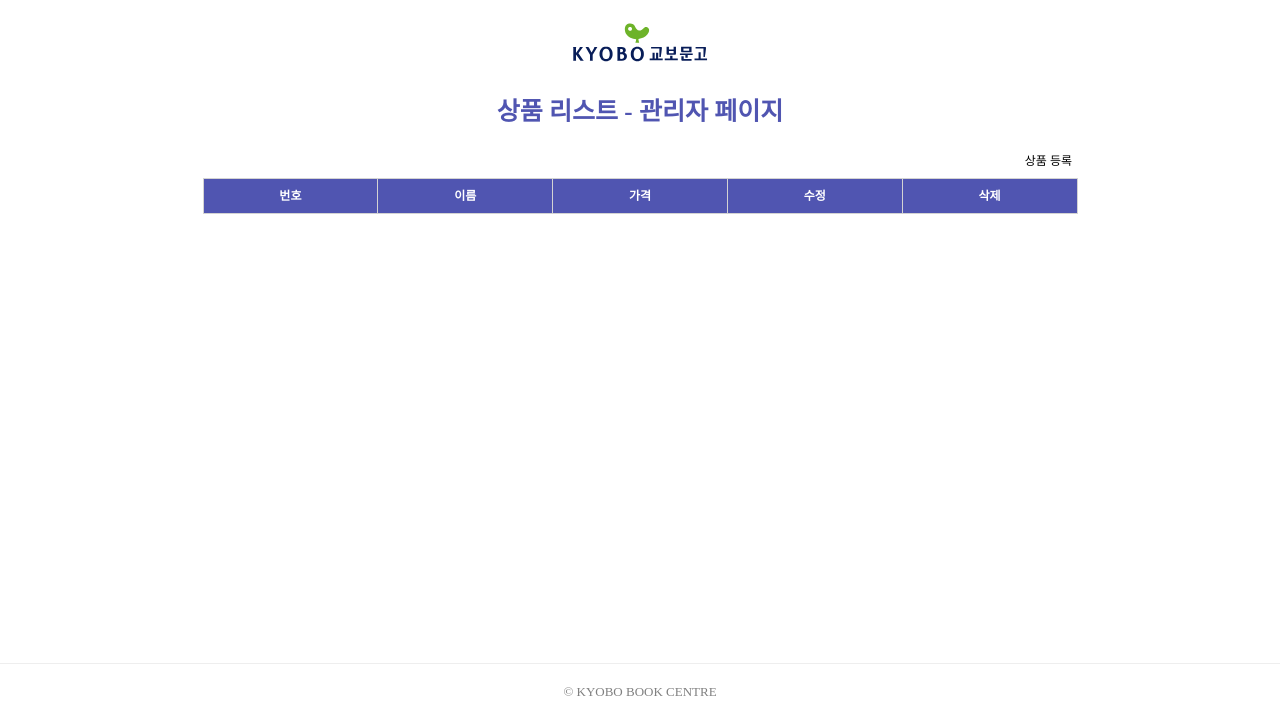
Repository: Yundanbi/Kyobo
Page: http://localhost/kyobo/productList.do
An editor plug-in stored every save of this project. The page is shown before and after the next save, followed by the edit.
The browser window is 1280 px wide. The pictures show the whole page.
The page is served by Tomcat 9. Other server files are loaded and not shown. Queries for data that is not in the repository find no rows.

Above is the page before, as saved 2025-06-18 01:06:00.

### kyobo/src/main/webapp/book/productList.jsp
<%@ page language="java" contentType="text/html; charset=UTF-8"
	pageEncoding="UTF-8"%>
<%@ taglib uri="http://java.sun.com/jsp/jstl/core" prefix="c"%>
<!DOCTYPE html>
<html>
<head>
<meta charset="UTF-8">
<title>책 관리</title>
<style>
html, body {
	height: 100%;
	margin: 0;
}

body {
	display: flex;
	flex-direction: column;
}

#wrap {
	flex: 1;
}

.logo img {
	height: 50px;
	margin-top: 20px;
}

.footer {
	text-align: center;
	padding: 20px 0;
	color: gray;
	font-size: 13px;
	border-top: 1px solid #eee;
}
</style>
<link rel="stylesheet" type="text/css" href="css/shopping.css">
</head>
<body>
	<div id="wrap" align="center">
		<div class="logo">
			<a href="index.jsp"> <img src="img/logo_book.svg" alt="교보문고 로고" /></a>
		</div>
		<h1>상품 리스트 - 관리자 페이지</h1>
		<table class="list">
			<tr>
				<td colspan="5" style="border: white; text-align: right"><a
					href="productWrite.do">상품 등록</a></td>
			</tr>
			<tr>
				<th>번호</th>
				<th>이름</th>
				<th>가격</th>
				<th>수정</th>
				<th>삭제</th>
			</tr>
			<c:forEach var="product" items="${productList}">
				<tr class="record">
					<td>${product.code}</td>
					<td>${product.productName}</td>
					<td>${product.price}원</td>
					<td><a href="productUpdate.do?code=${product.code}">상품 수정</a>
					</td>
					<td><a href="productDelete.do?code=${product.code}">상품 삭제</a>
					</td>
				</tr>
			</c:forEach>
		</table>
	</div>
	<footer class="footer">© KYOBO BOOK CENTRE</footer>
</body>
</html>

### kyobo/src/main/java/com/book/controller/ProductListServlet.java
package com.book.controller;

import java.io.IOException;
import java.util.List;

import javax.servlet.RequestDispatcher;
import javax.servlet.ServletException;
import javax.servlet.annotation.WebServlet;
import javax.servlet.http.HttpServlet;
import javax.servlet.http.HttpServletRequest;
import javax.servlet.http.HttpServletResponse;

import com.book.dao.ProductDAO;
import com.book.dto.ProductVO;


@WebServlet("/productList.do")
public class ProductListServlet extends HttpServlet {
	private static final long serialVersionUID = 1L;




	protected void doGet(HttpServletRequest request, HttpServletResponse response) throws ServletException, IOException {
		ProductDAO pDao = ProductDAO.getInstance();
		List<ProductVO> productList = pDao.selectAllProducts();
		request.setAttribute("productList", productList);
		RequestDispatcher dispatcher = request.getRequestDispatcher("book/productList.jsp");
		dispatcher.forward(request, response);
	}


	protected void doPost(HttpServletRequest request, HttpServletResponse response) throws ServletException, IOException {
		doGet(request, response);
	}

}

### kyobo/src/main/java/com/book/dao/ProductDAO.java
package com.book.dao;

import java.sql.Connection;
import java.sql.PreparedStatement;
import java.sql.ResultSet;
import java.util.ArrayList;
import java.util.List;

import com.book.dto.ProductVO;

import util.DBManager;

public class ProductDAO {
	private ProductDAO() {}

	private static ProductDAO instance = new ProductDAO();

	public static ProductDAO getInstance() {
		return instance;
	}

	public List<ProductVO> selectAllProducts() {

	String sql = "select * from product order by code desc";
	List<ProductVO> list = new ArrayList<ProductVO>();
	Connection conn = null;
	PreparedStatement pstmt = null;
	ResultSet rs = null;
	try {
		conn = DBManager.getConnection();
		pstmt = conn.prepareStatement(sql);
		rs = pstmt.executeQuery();
		while (rs.next()) {
			ProductVO pVo = new ProductVO();
			pVo.setCode(rs.getInt("code"));
			pVo.setProductName(rs.getString("productName"));
			pVo.setPrice(rs.getInt("price"));
			pVo.setPictureUrl(rs.getString("pictureUrl"));
			pVo.setDescription(rs.getString("description"));
			list.add(pVo);
		}
	} catch (Exception e) {
		e.printStackTrace();
	} finally {
		DBManager.close(conn, pstmt, rs);
	}
	return list;
}


	public void insertProduct(ProductVO pVo) {
		String sql = "insert into product (productname, price, pictureurl, description) values(?,?,?,?)";
		Connection conn = null;
		PreparedStatement pstmt = null;
		try {
			conn = DBManager.getConnection();
			pstmt = conn.prepareStatement(sql);
			pstmt.setString(1, pVo.getProductName());
			pstmt.setInt(2, pVo.getPrice());
			pstmt.setString(3, pVo.getPictureUrl());
			pstmt.setString(4, pVo.getDescription());
			pstmt.executeUpdate(); // 실행
		} catch (Exception e) {
			e.printStackTrace();
		} finally {
			DBManager.close(conn, pstmt);
		}
	}

	public ProductVO selectProductByCode (String code) {
		String sql = "select * from product where code = ?";
		ProductVO pVo = null;
		try {
			Connection conn = null;
			PreparedStatement pstmt = null;
			ResultSet rs = null;

			try {

				conn = DBManager.getConnection();
				pstmt = conn.prepareStatement(sql);
				pstmt.setString(1, code);
				rs = pstmt.executeQuery();
				if (rs.next()) {
					pVo = new ProductVO();
					pVo.setCode(rs.getInt("code"));
					pVo.setProductName(rs.getString("productname"));
					pVo.setPrice(rs.getInt("price"));
					pVo.setPictureUrl(rs.getString("pictureurl"));
					pVo.setDescription(rs.getString("description"));
				}
			}catch (Exception e) {
				e.printStackTrace();
			}finally {

				DBManager.close(conn, pstmt, rs);

			}
		}catch (Exception e) {
			e.printStackTrace();
		}
		return pVo;
	}

	public void updateProduct(ProductVO pVo) {
		String sql = "UPDATE product SET productname=?, price=?, pictureurl=?, description=? WHERE code=?";
		Connection conn = null;
		PreparedStatement pstmt = null;
		try {
			conn = DBManager.getConnection();
			pstmt = conn.prepareStatement(sql);
			pstmt.setString(1, pVo.getProductName());
			pstmt.setInt(2, pVo.getPrice());
			pstmt.setString(3, pVo.getPictureUrl());
			pstmt.setString(4, pVo.getDescription());
			pstmt.setInt(5, pVo.getCode());
			pstmt.executeUpdate(); // 쿼리문 실행

		} catch (Exception e) {
			e.printStackTrace();

		} finally {
			DBManager.close(conn, pstmt);
		}
	}

	public void deleteProduct(String code) {
		String sql = "delete from product where code = ?";
		Connection conn = null;
		PreparedStatement pstmt = null;
		try {
			conn = DBManager.getConnection();
			pstmt = conn.prepareStatement(sql);
			pstmt.setString(1, code);
			pstmt.executeUpdate();

		}catch (Exception e) {
			e.printStackTrace();
		}finally {
			DBManager.close(conn,pstmt);
		}

	}



}

### kyobo/src/main/java/util/DBManager.java
package util;

import java.sql.Connection;
import java.sql.ResultSet;
import java.sql.Statement;

import javax.naming.Context;
import javax.naming.InitialContext;
import javax.sql.DataSource;

public class DBManager {
	public static Connection getConnection() {
		   Connection conn = null; // Connection 변수를 메서드 외부에서 선언하고 초기화

		    try {
		        Context initContext = new InitialContext();
		        Context envContext = (Context) initContext.lookup("java:/comp/env");
		        DataSource ds = (DataSource) envContext.lookup("jdbc/estoreDB");
		        conn = ds.getConnection();
		        System.out.println("DBCP 연동 성공");
		        System.out.println("mysql 연결 성공 : " + conn);
		    } catch (Exception e) {
		        e.printStackTrace();
		    }
		    return conn;
		}

	// select을 수행한 후 리소스 해제를 위한 메소드
		public static void close(Connection conn, Statement stmt, ResultSet rs) {
			try {
				rs.close();
				stmt.close();
				conn.close();
			} catch (Exception e) {
				e.printStackTrace();
			}
		}


		// insert, update, delete 작업을 수행한 후 리소스 해제를 위한 메소드
		public static void close(Connection conn, Statement stmt) {
			try {
				stmt.close();
				conn.close();
			} catch (Exception e) {
				e.printStackTrace();
			}
		}
}

### kyobo/src/main/webapp/css/shopping.css
@charset "UTF-8";

 #wrap {
      width: 1250px;
       margin: 0 auto;

      }
	h1 {color: #5055b1; font-size:25px;}
      table {  width: 70% !important; }
      table {width: 80%; border-collapse: collapse; font-size: 12px; line-height: 24px;}
      table td,th {border: #d3d3d3 solid 1px;  padding: 5px; }

      th {background: #5055b1;}
      th {color:white;}
      img {width: 220px; height: 300px;}
      a {text-decoration: none; color: black; }
      a:HOVER {text-decoration: underline; color:#5055b1; }

### kyobo/src/main/webapp/img/logo_book.svg
<svg width="120" height="44" viewBox="0 0 120 44" fill="none" xmlns="http://www.w3.org/2000/svg">
<path d="M30.1306 23.4481C29.3894 23.4192 28.6499 23.5392 27.9559 23.8009C27.2618 24.0627 26.6272 24.4609 26.0896 24.9721C25.4974 25.6293 25.0405 26.3968 24.745 27.2307C24.4495 28.0646 24.3213 28.9486 24.3676 29.8321C24.3214 30.7154 24.4497 31.5992 24.7452 32.4329C25.0407 33.2666 25.4975 34.0339 26.0896 34.6911C27.2059 35.6822 28.6469 36.2295 30.1396 36.2295C31.6324 36.2295 33.0734 35.6822 34.1896 34.6911C35.37 33.3561 35.9803 31.6117 35.8896 29.8321C35.9807 28.052 35.3704 26.3072 34.1896 24.9721C33.6485 24.4611 33.0108 24.0632 32.3141 23.8015C31.6173 23.5398 30.8744 23.4197 30.1306 23.4481ZM32.4686 33.3601C32.1866 33.705 31.8291 33.9805 31.4238 34.1655C31.0184 34.3505 30.576 34.44 30.1306 34.4271C29.6876 34.4399 29.2475 34.3504 28.8448 34.1653C28.442 33.9802 28.0874 33.7046 27.8086 33.3601C27.1286 32.3144 26.8088 31.0752 26.8976 29.8311C26.8113 28.5871 27.1309 27.3487 27.8086 26.3021C28.0884 25.9597 28.4436 25.6867 28.8464 25.5046C29.2493 25.3224 29.6888 25.236 30.1306 25.2521C30.5747 25.2362 31.0166 25.3227 31.4219 25.5048C31.8273 25.6868 32.1854 25.9596 32.4686 26.3021C33.1428 27.3499 33.4587 28.5883 33.3686 29.8311C33.4612 31.0737 33.1452 32.3136 32.4686 33.3601Z" fill="#081D58"/>
<path d="M61.6955 24.972C60.5738 23.9897 59.1335 23.4482 57.6425 23.4482C56.1514 23.4482 54.7112 23.9897 53.5895 24.972C52.4004 26.3029 51.7857 28.0498 51.8795 29.832C51.7879 31.6147 52.4047 33.3612 53.5955 34.691C54.7127 35.6826 56.1547 36.2302 57.6485 36.2302C59.1423 36.2302 60.5842 35.6826 61.7015 34.691C62.8838 33.3572 63.4944 31.612 63.4015 29.832C63.4951 28.0516 62.8845 26.3059 61.7015 24.972M59.9815 33.36C59.6923 33.6952 59.3344 33.964 58.9319 34.1483C58.5295 34.3326 58.0921 34.428 57.6495 34.428C57.2069 34.428 56.7694 34.3326 56.367 34.1483C55.9646 33.964 55.6066 33.6952 55.3175 33.36C54.6408 32.3134 54.3225 31.0753 54.4105 29.832C54.3251 28.5887 54.6432 27.3511 55.3175 26.303C55.6098 25.973 55.9688 25.7088 56.3708 25.5278C56.7728 25.3468 57.2086 25.2532 57.6495 25.2532C58.0903 25.2532 58.5262 25.3468 58.9282 25.5278C59.3302 25.7088 59.6892 25.973 59.9815 26.303C60.655 27.3516 60.9708 28.59 60.8815 29.833C60.9735 31.0757 60.6575 32.3144 59.9815 33.361" fill="#081D58"/>
<path d="M18.673 35.938C18.567 35.8236 18.485 35.6891 18.4319 35.5424C18.3788 35.3957 18.3557 35.2398 18.364 35.084V30.648L22.5 23.717H19.668C19.868 23.917 19.892 24.247 19.644 24.637L17.405 28.517C15.522 25.108 15.524 25.011 15.183 24.389C14.918 23.921 14.692 23.717 14.189 23.717H11.959C12.2518 24.0303 12.5008 24.3818 12.699 24.762L15.999 30.616V35.083C16.0074 35.2388 15.9844 35.3946 15.9315 35.5412C15.8786 35.6879 15.7968 35.8225 15.691 35.937L18.673 35.938Z" fill="#081D58"/>
<path d="M39.834 35.9381C39.9407 35.8241 40.0233 35.6897 40.0768 35.5429C40.1302 35.3961 40.1534 35.2401 40.145 35.0841V24.5671C40.154 24.4112 40.131 24.2552 40.0776 24.1085C40.0241 23.9618 39.9412 23.8276 39.834 23.7141H43.881C45.821 23.7141 47.515 24.6501 47.515 26.4681C47.5261 26.933 47.417 27.3929 47.1981 27.8032C46.9793 28.2135 46.6582 28.5603 46.266 28.8101C46.9198 29.0312 47.4878 29.4517 47.8902 30.0124C48.2925 30.5732 48.509 31.2459 48.509 31.9361C48.5097 32.5169 48.3773 33.0901 48.122 33.6117C47.8666 34.1333 47.4951 34.5895 47.036 34.9451C46.134 35.6368 45.0165 35.9875 43.881 35.9351L39.834 35.9381ZM42.514 28.3321C43.0984 28.3909 43.6885 28.3195 44.242 28.1231C44.4946 28.024 44.7102 27.8488 44.8588 27.6218C45.0075 27.3949 45.082 27.1273 45.072 26.8561C45.061 26.6613 45.0112 26.4707 44.9257 26.2953C44.8402 26.12 44.7205 25.9634 44.5738 25.8349C44.4271 25.7063 44.2562 25.6082 44.0711 25.5465C43.886 25.4847 43.6905 25.4604 43.496 25.4751C43.1641 25.4638 42.8325 25.506 42.514 25.6001V28.3321ZM45.162 33.8801C45.4542 33.6872 45.6888 33.4187 45.8408 33.1032C45.9927 32.7877 46.0564 32.4369 46.025 32.0881C46.0113 31.8045 45.9394 31.5268 45.8139 31.2721C45.6883 31.0175 45.5117 30.7914 45.2951 30.6078C45.0785 30.4243 44.8264 30.2873 44.5546 30.2053C44.2828 30.1233 43.997 30.098 43.715 30.1311C43.3139 30.1271 42.9129 30.1505 42.515 30.2011V34.1181C43.3981 34.3546 44.3365 34.2699 45.163 33.8791" fill="#081D58"/>
<path d="M1.31002 35.0839C1.3183 35.2398 1.29512 35.3957 1.24186 35.5424C1.18861 35.6891 1.10636 35.8236 1.00002 35.9379H3.98802C3.88159 35.8237 3.79928 35.6892 3.74602 35.5425C3.69276 35.3957 3.66963 35.2398 3.67802 35.0839V30.3089L7.14702 35.2669C7.2425 35.47 7.39425 35.6415 7.58426 35.761C7.77428 35.8804 7.99458 35.9429 8.21902 35.9409H10.619C10.2919 35.6272 10.003 35.2762 9.75802 34.8949L5.83802 29.3409L9.83802 23.7169H6.89902C7.05102 23.9169 7.07102 24.1659 6.78402 24.6469L3.68402 29.1249V24.5669C3.67511 24.411 3.69799 24.2548 3.75128 24.108C3.80457 23.9612 3.88716 23.8268 3.99402 23.7129H0.999023C1.10579 23.8269 1.18832 23.9613 1.2416 24.1081C1.29489 24.2549 1.31782 24.411 1.30902 24.5669L1.31002 35.0839Z" fill="#081D58"/>
<path d="M67.2346 6.979C66.9569 6.72281 66.6307 6.52493 66.2752 6.39705C65.9197 6.26917 65.5421 6.2139 65.1649 6.2345C64.7877 6.25511 64.4184 6.35117 64.0789 6.51701C63.7395 6.68285 63.4367 6.91509 63.1886 7.2C61.7756 8.686 60.6766 9.239 59.3676 9.183C57.5396 9.104 56.6376 7.691 55.6986 5.907C55.3312 5.05654 54.7264 4.33002 53.9566 3.81445C53.1869 3.29888 52.2849 3.01611 51.3586 3C50.7138 3.00446 50.0767 3.14038 49.4862 3.39946C48.8957 3.65853 48.3643 4.03532 47.9243 4.50677C47.4844 4.97823 47.1453 5.53446 46.9276 6.14144C46.71 6.74843 46.6185 7.39343 46.6586 8.037C46.6945 9.62273 47.1673 11.1678 48.025 12.502C48.8827 13.8363 50.0919 14.9079 51.5196 15.599C53.1121 16.3981 54.8641 16.8284 56.6456 16.858C56.5252 17.9401 56.2905 19.0063 55.9456 20.039H59.3086C58.9494 18.9729 58.7103 17.8701 58.5956 16.751C63.5216 16.112 65.8596 13.872 67.1416 11.74C67.6834 10.9123 67.9875 9.95171 68.0206 8.963C68.0307 8.59686 67.967 8.23243 67.8334 7.89141C67.6997 7.55039 67.4988 7.23976 67.2426 6.978M51.3816 9.536C51.0412 9.55969 50.7014 9.48175 50.4053 9.31206C50.1092 9.14237 49.8701 8.88857 49.7185 8.58286C49.5668 8.27714 49.5094 7.93328 49.5534 7.59486C49.5974 7.25645 49.741 6.93873 49.9658 6.682C50.1906 6.42527 50.4866 6.24108 50.8163 6.1528C51.1459 6.06452 51.4944 6.07612 51.8174 6.18613C52.1405 6.29614 52.4236 6.49961 52.6308 6.77073C52.8381 7.04185 52.9602 7.36841 52.9816 7.709C53.0104 8.16315 52.8583 8.61024 52.5585 8.95258C52.2587 9.29492 51.8356 9.50467 51.3816 9.536Z" fill="#6DB329"/>
<path d="M113.393 28.3181H111.536V33.8781H107.988V35.3341H119.006V33.8781H113.398L113.393 28.3181Z" fill="#081D58"/>
<path d="M115.861 32.4649H117.072C117.526 30.1329 117.848 27.2179 118.036 25.2649C118.141 24.2109 118.146 23.6589 117.199 23.6589H108.923V25.1139H115.861V32.4649Z" fill="#081D58"/>
<path d="M97.3025 28.4399H105.357V23.6089H96.1495V27.2859C96.1264 27.4429 96.1403 27.603 96.19 27.7537C96.2398 27.9044 96.3239 28.0413 96.4359 28.1538C96.5478 28.2662 96.6844 28.351 96.8349 28.4013C96.9853 28.4517 97.1454 28.4663 97.3025 28.4439M103.285 26.9849H98.2225V25.0639H103.285V26.9849Z" fill="#081D58"/>
<path d="M98.4728 31.853H96.4028V34.72C96.3794 34.8765 96.3929 35.0363 96.4422 35.1867C96.4915 35.337 96.5752 35.4738 96.6867 35.5861C96.7982 35.6984 96.9344 35.783 97.0844 35.8334C97.2344 35.8837 97.3941 35.8983 97.5508 35.876H105.38V34.42H98.4718L98.4728 31.853Z" fill="#081D58"/>
<path d="M95.1123 30.9089H99.9243V33.1769H101.995V30.9089H106.38V29.4529H95.1123V30.9089Z" fill="#081D58"/>
<path d="M76.0076 28.7119H74.1516V33.8779H72.8866V28.7119H71.0286V33.8779H68.5166V35.3349H79.9866V33.8779H76.0036L76.0076 28.7119Z" fill="#081D58"/>
<path d="M77.0538 32.4649H78.2638C78.7188 30.1329 79.0388 27.2179 79.2288 25.2649C79.3288 24.2109 79.3398 23.6589 78.3908 23.6589H69.7568V25.1139H77.0568L77.0538 32.4649Z" fill="#081D58"/>
<path d="M88.5873 31.3931H86.5163V33.8791H81.7773V35.3351H93.2573V33.8781H88.5873V31.3931Z" fill="#081D58"/>
<path d="M84.5396 30.6091H90.4896C90.6465 30.6314 90.8064 30.6168 90.9566 30.5666C91.1069 30.5163 91.2434 30.4317 91.3553 30.3195C91.4672 30.2074 91.5514 30.0706 91.6013 29.9202C91.6511 29.7698 91.6653 29.6099 91.6426 29.4531V23.5381H89.5676V25.9381H85.4596V23.5381H83.3846V29.4531C83.3618 29.6101 83.376 29.7702 83.4259 29.9208C83.4759 30.0714 83.5603 30.2082 83.6725 30.3205C83.7846 30.4327 83.9214 30.5172 84.0719 30.5673C84.2224 30.6174 84.3826 30.6317 84.5396 30.6091ZM89.5686 27.3881V29.3571H85.4606V27.3881H89.5686Z" fill="#081D58"/>
</svg>

After the next save:
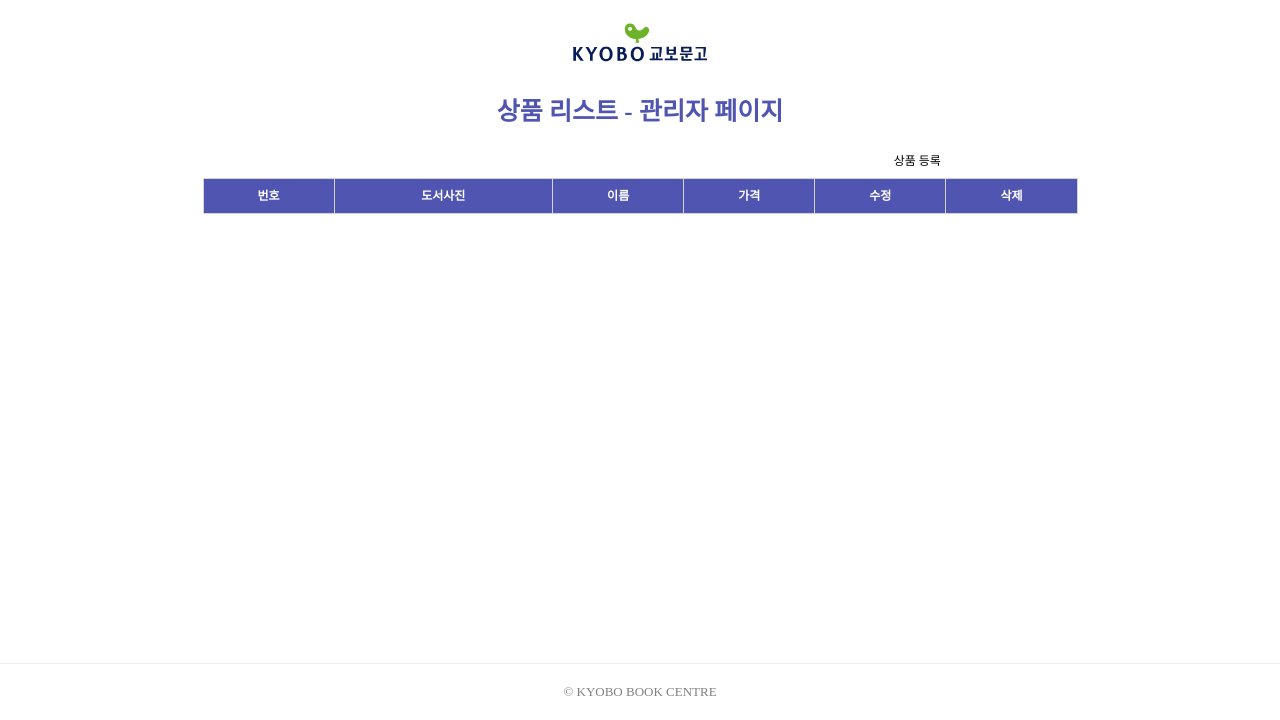
Saved 3 min 52 s later.
--- a/kyobo/src/main/webapp/book/productList.jsp
+++ b/kyobo/src/main/webapp/book/productList.jsp
@@ -49,6 +49,7 @@
 			</tr>
 			<tr>
 				<th>번호</th>
+				<th>도서사진</th>
 				<th>이름</th>
 				<th>가격</th>
 				<th>수정</th>
@@ -57,6 +58,7 @@
 			<c:forEach var="product" items="${productList}">
 				<tr class="record">
 					<td>${product.code}</td>
+					<td>${product.pictureurl }</td>
 					<td>${product.productName}</td>
 					<td>${product.price}원</td>
 					<td><a href="productUpdate.do?code=${product.code}">상품 수정</a>
